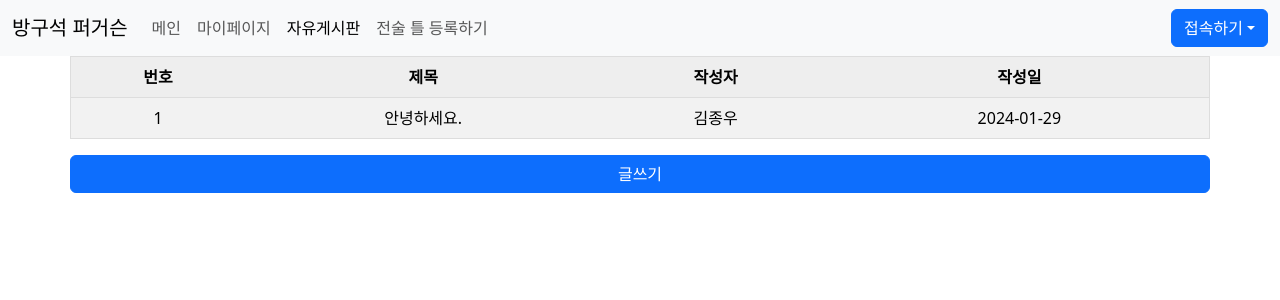
Repository: jiiiiiw/Spring-BBS
Page: http://localhost/BBS/bbs.jsp
These files come from the project's save history. The page is drawn as it stood at one moment and after the next save; the edit follows.
The browser window is 1280 px wide. The pictures show the whole page.
The page is served by Tomcat 9.

Above is the page before, as saved 2024-01-30 03:32:35.

After the next save:
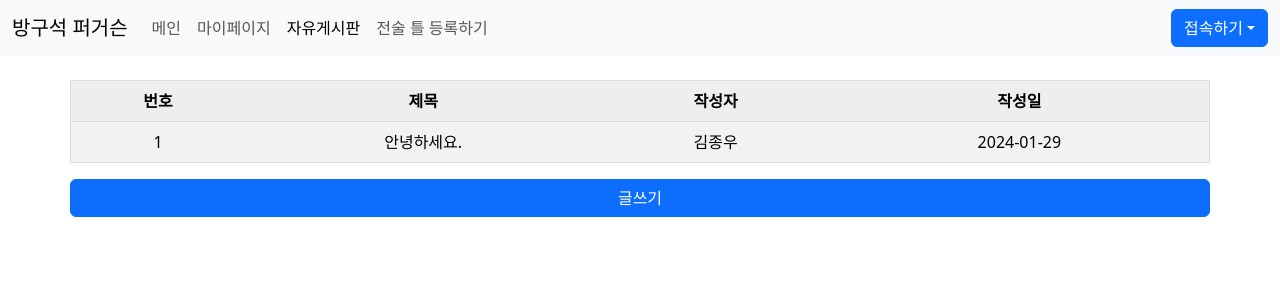
Saved 74 min 30 s later.
--- a/BBS/src/main/webapp/bbs.jsp
+++ b/BBS/src/main/webapp/bbs.jsp
@@ -90,7 +90,7 @@
 }
 	</style> -->
 
-	<div class="container" margin-top: "20px">
+	<div class="container mt-4">
 		<div class="row">
 			<table class="table table-striped"
 				style="text-align: center; border: 1px solid #dddddd">
